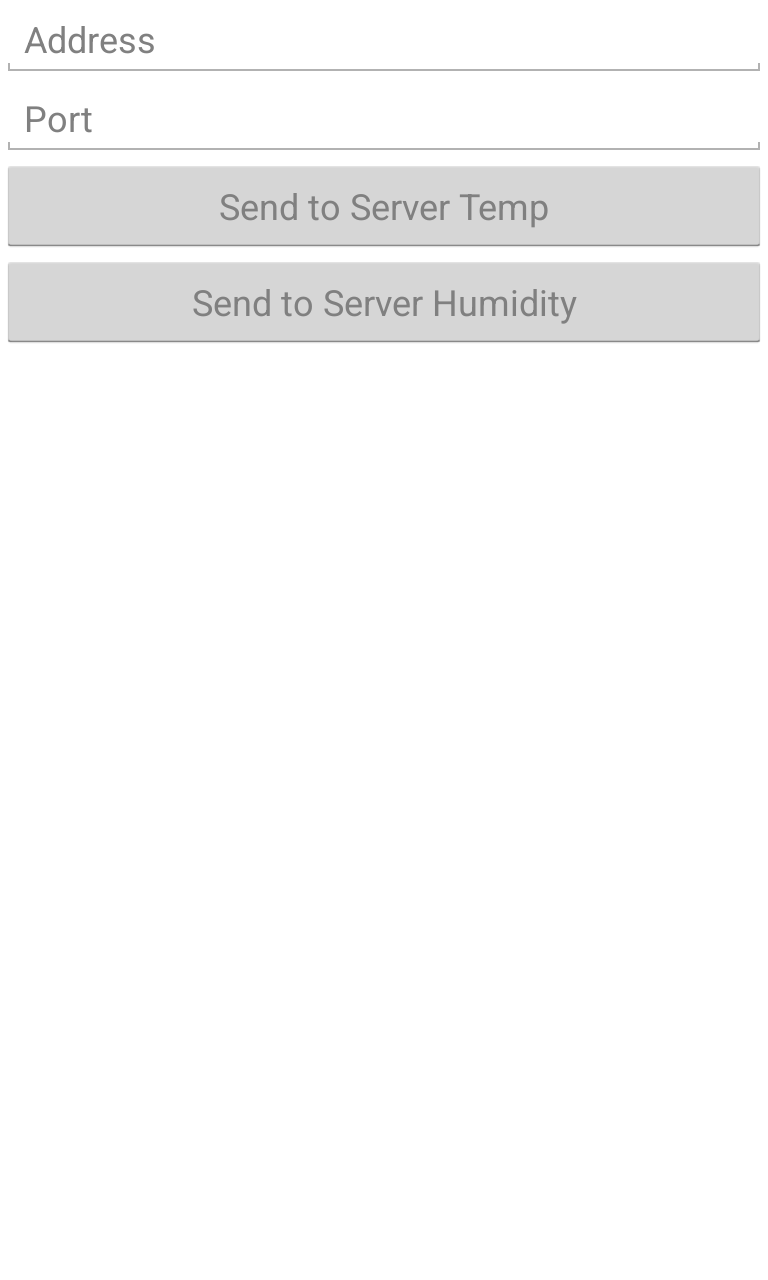
Repository: radupoenaru1992/PracticalTest02Var01
Layout: PracticalTest02Var01/res/layout/fragment_client.xml
These files come from the project's save history. The layout is drawn as it stood at one moment and after the next save; the edit follows.
It is drawn on a 768 x 1280 px phone screen (xhdpi) without system bars, with theme AppTheme; the app's code is not run.

Above is the layout before, as saved 2015-05-18 15:26:46.

### PracticalTest02Var01/res/layout/fragment_client.xml
<?xml version="1.0" encoding="utf-8"?>
<LinearLayout xmlns:android="http://schemas.android.com/apk/res/android"
    android:layout_width="match_parent"
    android:layout_height="match_parent"
    android:orientation="vertical" >

    <EditText
    	    android:id="@+id/etAdresa"
        	android:layout_width="match_parent"
        	android:layout_height="wrap_content"
        	android:hint="Address"
        	/>

    	<EditText
    	    android:id="@+id/etPort"
        	android:layout_width="match_parent"
        	android:layout_height="wrap_content"
        	android:hint="Port"
        	/>



    	<Button
    	    android:id="@+id/bClientTemp"
    	    android:layout_width="match_parent"
    	    android:layout_height="wrap_content"
    	    android:hint="Send to Server Temp"/>

    	<Button
    	    android:id="@+id/bClientHum"
    	    android:layout_width="match_parent"
    	    android:layout_height="wrap_content"
    	    android:hint="Send to Server Humidity"/>

    	<TextView
    	    android:id="@+id/tvClient"
        	android:layout_width="match_parent"
        	android:layout_height="wrap_content"
        	android:enabled="false"
        	/>


</LinearLayout>

Loaded but not shown: PracticalTest02Var01/res/values/styles.xml (common file); PracticalTest02Var01/res/values-v11/styles.xml (common file); PracticalTest02Var01/res/values-v14/styles.xml (common file)

After the next save:
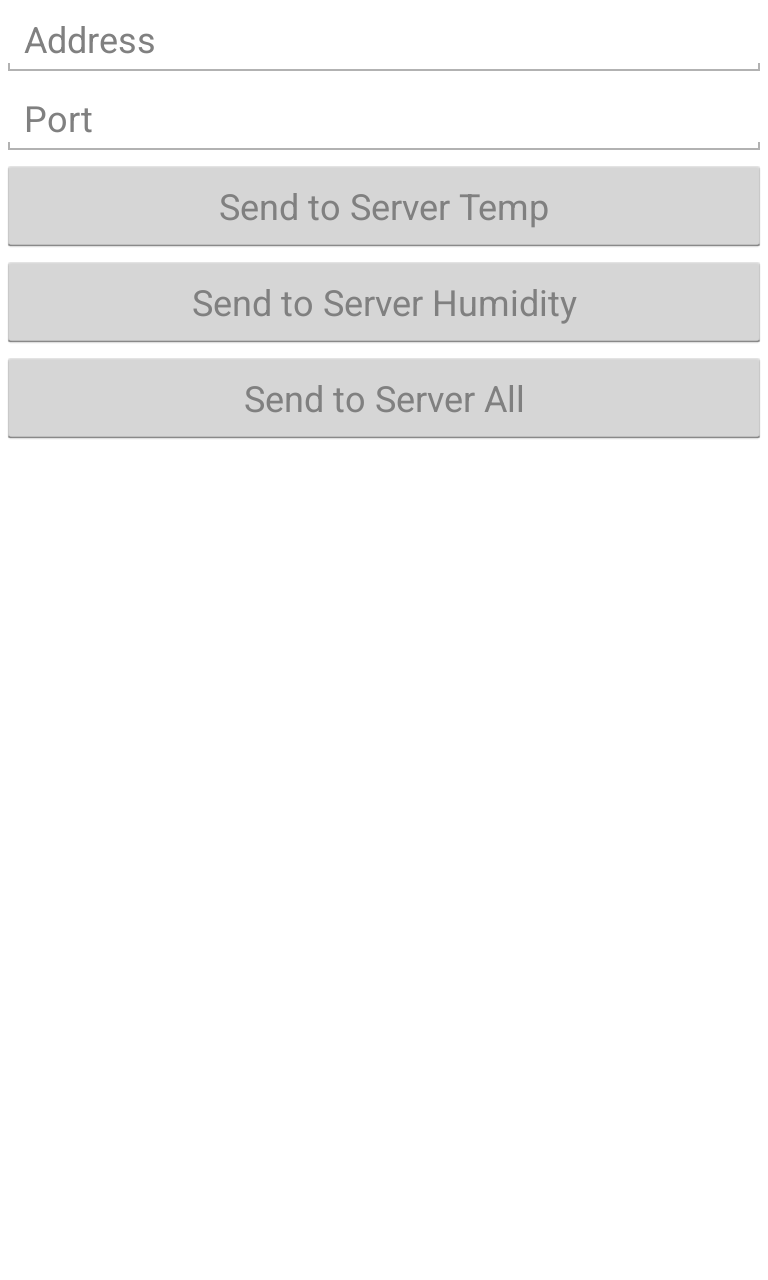
Saved 14 s later.
--- a/PracticalTest02Var01/res/layout/fragment_client.xml
+++ b/PracticalTest02Var01/res/layout/fragment_client.xml
@@ -32,6 +32,12 @@
     	    android:layout_height="wrap_content"
     	    android:hint="Send to Server Humidity"/>
 
+    	<Button
+    	    android:id="@+id/bClientAll"
+    	    android:layout_width="match_parent"
+    	    android:layout_height="wrap_content"
+    	    android:hint="Send to Server All"/>
+
     	<TextView
     	    android:id="@+id/tvClient"
         	android:layout_width="match_parent"
